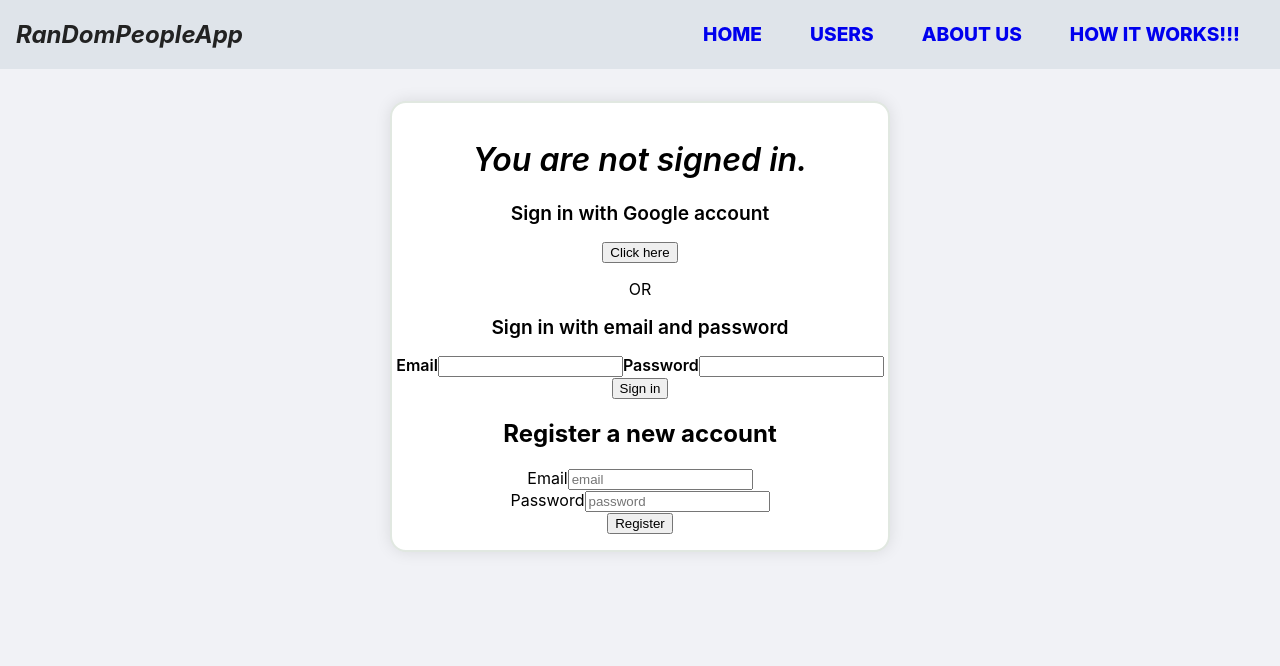
Repository: MikkyPrestige/RandomProfiles
Page: /profile
These files come from the project's save history. The page is drawn as it stood at one moment and after the next save; the edit follows.
The browser window is 1280 px wide. The pictures show the whole page.
The page's requests for data from a server got no answer. The project was rebuilt for these pictures with package versions that can differ from the ones it lists, and the page was loaded fresh each time. Some packages were replaced by stand-ins written for this rebuild. No one was signed in, and anything a server would have sent is missing. Also part of the build but not shown: src/assets/styles/home.css, src/components/avatar.jsx, src/components/home.jsx, src/assets/styles/users.css, src/components/users.jsx, src/assets/styles/search.css, src/components/search.jsx, src/assets/styles/help.css and 6 more.

Above is the page before, as saved 2022-11-30 03:41:21.

### public/index.html
<!DOCTYPE html>
<html lang="en">

<head>
  <meta charset="utf-8" />
  <link rel="icon" href="%PUBLIC_URL%/favicon.ico" />
  <meta name="viewport" content="width=device-width, initial-scale=1" />
  <meta name="theme-color" content="#000000" />
  <meta name="description" content="Web site created using create-react-app" />
  <link rel="apple-touch-icon" href="%PUBLIC_URL%/logo192.png" />
  <!--
      manifest.json provides metadata used when your web app is installed on a
      user's mobile device or desktop. See https://developers.google.com/web/fundamentals/web-app-manifest/
    -->
  <link rel="manifest" href="%PUBLIC_URL%/manifest.json" />
  <!--
      Notice the use of %PUBLIC_URL% in the tags above.
      It will be replaced with the URL of the `public` folder during the build.
      Only files inside the `public` folder can be referenced from the HTML.

      Unlike "/favicon.ico" or "favicon.ico", "%PUBLIC_URL%/favicon.ico" will
      work correctly both with client-side routing and a non-root public URL.
      Learn how to configure a non-root public URL by running `npm run build`.
    -->
  <title>AltSchool Assignment 2</title>
</head>

<body>
  <noscript>You need to enable JavaScript to run this app.</noscript>
  <div id="root"></div>
  <!--
      This HTML file is a template.
      If you open it directly in the browser, you will see an empty page.

      You can add webfonts, meta tags, or analytics to this file.
      The build step will place the bundled scripts into the <body> tag.

      To begin the development, run `npm start` or `yarn start`.
      To create a production bundle, use `npm run build` or `yarn build`.
    -->
</body>

</html>

### src/index.css
body {
  margin: 0;
  font-family: -apple-system, BlinkMacSystemFont, 'Segoe UI', 'Roboto', 'Oxygen',
    'Ubuntu', 'Cantarell', 'Fira Sans', 'Droid Sans', 'Helvetica Neue',
    sans-serif;
  -webkit-font-smoothing: antialiased;
  -moz-osx-font-smoothing: grayscale;
  background-color: #f1f2f6;
}

code {
  font-family: source-code-pro, Menlo, Monaco, Consolas, 'Courier New',
    monospace;
}

### src/App.jsx
import * as React from "react";
import { ErrorBoundary } from "react-error-boundary";
import { Route, Routes } from "react-router-dom";
import {
  Layout,
  Home,
  Users,
  Search,
  Help,
  About,
  Error,
  ErrorFallBack,
  Profile,
  // Footer,
} from "./components";

const App = () => {
  return (
    <div className="App">
      <main>
        <ErrorBoundary FallbackComponent={ErrorFallBack}>
          <Layout />
          <Routes>
            <Route path="/" element={<Home />} />
            <Route path="users">
              <Route index element={<Users />} />
              <Route path=":id" element={<Search />} />
            </Route>
            <Route path="profile" element={<Profile />} />
            <Route path="help" element={<Help />} />
            <Route path="about" element={<About />} />
            <Route path="*" element={<Error />} />
          </Routes>
        </ErrorBoundary>
        {/* <Footer /> */}
      </main>
    </div>
  );
};

export default App;

### src/components/index.js
export { default as Layout } from "./layout";
export { default as Home } from "./home";
export { default as Users } from "./users";
export { default as Search } from "./search";
export { default as Help } from "./help";
export { default as About } from "./about";
export { default as Error } from "./error";
export { default as ErrorFallBack } from "./errorFallback";
export { default as Profile } from "./profile";
export { Footer } from "./avatar";

### src/components/layout.jsx
// LAYOUT COMPONENT - This component is for the App Layout that displays the Navigation bar in the app UI to the user when app is open

import { NavLink } from "react-router-dom";
import "../assets/styles/layout.css";

const CustomNavLink = ({ to, ...props }) => {
  let activeStyle = {
    textDecoration: 'underline',
    color: 'red',
  };

  return (
    <NavLink
      style={({ isActive }) =>
        isActive ? activeStyle : { textDecoration: 'none' }
      }
      to={to}
      end
      {...props}
    />
  );
};


const Layout = () => {

  return (
    <nav className="layout">
      <div className="app-header">
        <h1>RanDomPeopleApp</h1>
      </div>
      <div className="nav__items">
        <CustomNavLink to="/" className="nav__item">Home</CustomNavLink>
        <CustomNavLink to="users" className="nav__item">Users</CustomNavLink>
        <CustomNavLink to="about" className="nav__item">About us</CustomNavLink>
        <CustomNavLink to="help" className="nav__item">How it works!!!</CustomNavLink>
      </div>
    </nav>
  );
}

export default Layout;

### src/components/profile.jsx
import {
  signInWithRedirect,
  auth,
  provider,
  getRedirectResult,
  onAuthStateChanged,
  createUserWithEmailAndPassword,
  signInWithEmailAndPassword,
  signOut,
  deleteUser,
} from "../config";
import { useEffect, useState } from "react";
import { Avatar } from "./avatar";
import "../assets/styles/profile.css";

const Profile = () => {
  const [user, setUser] = useState(null);
  const [signedIn, setSignedIn] = useState(false);
  const [email, setEmail] = useState("");
  const [password, setPassword] = useState("");
  const [error, setError] = useState(null);

  // handle register form
  const handleRegister = (e) => {
    e.preventDefault();
    createUserWithEmailAndPassword(auth, email, password)
      .then(() => {
        // Signed in
        console.log("User account created & signed in!");
      })
      .catch((error) => {
        if (error.code === "auth/email-already-in-use") {
          setError("This email address is already in use!");
        }
        if (error.code === "auth/invalid-email") {
          setError("This email address is invalid!");
        }
        console.error(error);
      });
  };

  // sign in with email and password
  const handleSignIn = (e) => {
    e.preventDefault();
    signInWithEmailAndPassword(auth, email, password)
      .then(() => {
        console.log("User signed in!");
      })
      .catch((error) => {
        if (error.code === "auth/wrong-password") {
          setError("Wrong password!");
        }
        if (error.code === "auth/user-not-found") {
          setError("User not found!");
        }
        console.error(error);
      });
  };

  // handle onchange
  const handleChange = (e) => {
    const { name, value } = e.target;
    if (name === "email") {
      setEmail(value);
    }
    if (name === "password") {
      setPassword(value);
    }
  };

  // handle sign In
  const signIn = (e) => {
    e.preventDefault();
    signInWithRedirect(auth, provider);
  };

  // handle sign out
  const handleSignOut = (e) => {
    e.preventDefault();
    signOut(auth)
      .then(() => {
        console.log("User signed out!");
      })
      .catch((error) => {
        console.error(error);
      });
  };

  // handle delete user
  const handleDelete = (e) => {
    e.preventDefault();
    deleteUser(auth.currentUser)
      .then(() => {
        console.log("User deleted!");
      })
      .catch((error) => {
        console.error(error);
      });
  };

  // Get redirect result
  useEffect(() => {
    getRedirectResult(auth)
      .then((result) => {
        if (result) {
          setSignedIn(true);
          // navigate("/users");
        } else {
          // console.log("No user");
        }
      })
      .catch((error) => {
        console.log(error);
      });
  }, []);

  // Check auth state
  useEffect(() => {
    onAuthStateChanged(auth, (user) => {
      if (user) {
        // destructure user
        const { displayName, photoURL, email, phoneNumber } = user;
        // set user state
        setUser({ displayName, photoURL, email, phoneNumber });
        // navigate("/users");
      } else {
        setUser(null);
      }
    });
  }, []);

  return (
    <div className="profile">
      <div className="profile__container">
        <div className="profile__desc">
          {user ? (
            <div className="profile__user">
              <h1 className="profile__title">Welcome, you are signed in.</h1>
              <Avatar image={user.photoURL} alt="user" style={{ width: '10rem', height: '10rem', borderRadius: '50%' }} />
              <p className="profile__detail"><strong>Signed in account name: </strong>{user.displayName}</p>
              <p className="profile__detail"><strong>Signed in email: </strong>{user.email}</p>
              <p className="profile__detail">{user.phoneNumber}</p>
              <div className="btn__wrapper">
                <button onClick={handleSignOut} className="btn">
                  Sign Out
                </button>
                <button onClick={handleDelete} className="btn">
                  Delete Account
                </button>
              </div>
            </div>
          ) : (
            <div className="profile__user">
              <div className="profile__wrapper">
                <h1 className="profile__title">You are not signed in.</h1>
                <h2 className="profile__head">Sign in with Google account</h2>
                <button onClick={signIn} className="sign__btn">
                  Click here
                </button>
                <p className="or">OR</p>
                <h2 className="profile__head">Sign in with email and password</h2>
                <form onSubmit={handleSignIn} className="profile__form">
                  <label htmlFor="email" className="signIn__label">Email</label>
                  <input
                    type="email"
                    name="email"
                    id="email"
                    value={email}
                    onChange={handleChange}
                    className="signIn__input"
                  />
                  <label htmlFor="password" className="signIn__label">Password</label>
                  <input
                    type="password"
                    name="password"
                    id="password"
                    value={password}
                    onChange={handleChange}
                    className="signIn__input"
                  />
                  {error && <p className="error">{error}</p>}
                  <button type="submit" className="sign__btn">
                    Sign in
                  </button>
                </form>
              </div>
              <h2 className="register">Register a new account </h2>
              <form onSubmit={handleRegister} className="register__form">
                <div className="register__group">
                  <label htmlFor="email" className="register__label">
                    Email
                  </label>
                  <input
                    type="email"
                    name="email"
                    placeholder="email"
                    value={email}
                    onChange={handleChange}
                    className="register__input"
                  />
                  {error && <p className="error">{error}</p>}
                </div>
                <div className="profile__group">
                  <label htmlFor="password" className="register__label">
                    Password
                  </label>
                  <input
                    type="password"
                    name="password"
                    placeholder="password"
                    value={password}
                    onChange={handleChange}
                    className="register__input"
                  />
                </div>
                <button type="submit" className="sign__btn">
                  Register
                </button>
              </form>
            </div>
          )}
        </div>
      </div>
    </div>
  );
};

export default Profile;

### src/assets/styles/layout.css
.layout {
  background-color: #dfe4ea;
  padding: 0rem 1rem;
  color: #222;
  display: flex;
  align-items: center;
  justify-content: space-between;
}

.app-header {
  font-style: italic;
}

.nav__items {
  display: flex;
  align-items: center;
  list-style: none;
  flex-wrap: wrap;
}

.nav__item {
  font-size: 1.2rem;
  font-weight: 800;
  padding: 1rem 1.5rem;
  text-transform: uppercase;
}

.attribution {
  text-align: center;
}

.footer {
  color: #222;
  text-decoration: none;
  cursor: pointer;
  font-style: italic;
  font-weight: 600;
}

### src/config/index.js
// Import the functions you need from the SDKs you need
import { initializeApp } from "firebase/app";
import {
  getAuth,
  signInWithRedirect,
  GoogleAuthProvider,
  getRedirectResult,
  onAuthStateChanged,
  createUserWithEmailAndPassword,
  signInWithEmailAndPassword,
  signOut,
  deleteUser
} from "firebase/auth";

// web app's Firebase configuration
const firebaseConfig = {
  apiKey: "AIzaSyCfrfw6chi091bWLqJvanxAUTxgJ5XqEu0",
  authDomain: "random-people-app.firebaseapp.com",
  projectId: "random-people-app",
  storageBucket: "random-people-app.appspot.com",
  messagingSenderId: "1097586453252",
  appId: "1:1097586453252:web:4575afe7663a752ae77e51",
};

// Initialize Firebase
const app = initializeApp(firebaseConfig);
// Setup Google auth provider
const provider = new GoogleAuthProvider();

const auth = getAuth();

export {
  app,
  provider,
  auth,
  signInWithRedirect,
  getRedirectResult,
  onAuthStateChanged,
  createUserWithEmailAndPassword,
  signInWithEmailAndPassword,
  signOut,
  deleteUser
};

### src/assets/styles/profile.css
.profile {
  padding: 2rem;
  height: 100%;
}

.profile__container {
  display: flex;
  flex-direction: column;
  align-items: center;
  justify-content: center;
}

.profile__desc {
  text-align: center;
  max-width: 500px;
  width: 100%;
}

.profile__user {
  background-color: #fff;
  border: 2px solid #e1e8e1;
  border-radius: 1rem;
  box-shadow: 0 0 1rem rgba(0, 0, 0, 0.1);
  padding: 1rem 0;
}

.profile__title {
  font-size: 2rem;
  font-weight: 600;
  font-style: oblique;
}

.profile__detail {
  font-size: 1.2rem;
  font-weight: 400;
}

.btn__wrapper {
  display: flex;
  justify-content: center;
  align-items: center;
  gap: 5rem;
  margin-top: 2rem;
}

.btn {
  background-color: #e1e8e1;
  color: red;
  border: none;
  border-radius: 1rem;
  padding: .5rem;
  font-size: 1rem;
  cursor: pointer;
}

.btn:hover {
  background-color: #d1d8d1;
  color: #0651ddbb;
}

.btn:active {
  background-color: #c1c8c1;
  color: #0651ddbb;
}

.profile__wrapper {
  /* display: flex;
  flex-direction: column;
  justify-content: center;
  align-items: center; */
  /* gap: 2rem; */
  /* margin-top: 2rem; */
}

.profile__head {
  font-size: 1.2rem;
  font-weight: 600;
  text-align: center;
  margin-bottom: 1rem;
}

.signIn__form {
  display: flex;
  flex-direction: column;
  justify-content: center;
  align-items: center;
  /* gap: 1rem; */
  /* width: 100%; */
}

.signIn__label {
  font-size: 1rem;
  font-weight: 600;
  margin-bottom: .5rem;
}

Loaded but not shown: src/index.js (common file)

After the next save:
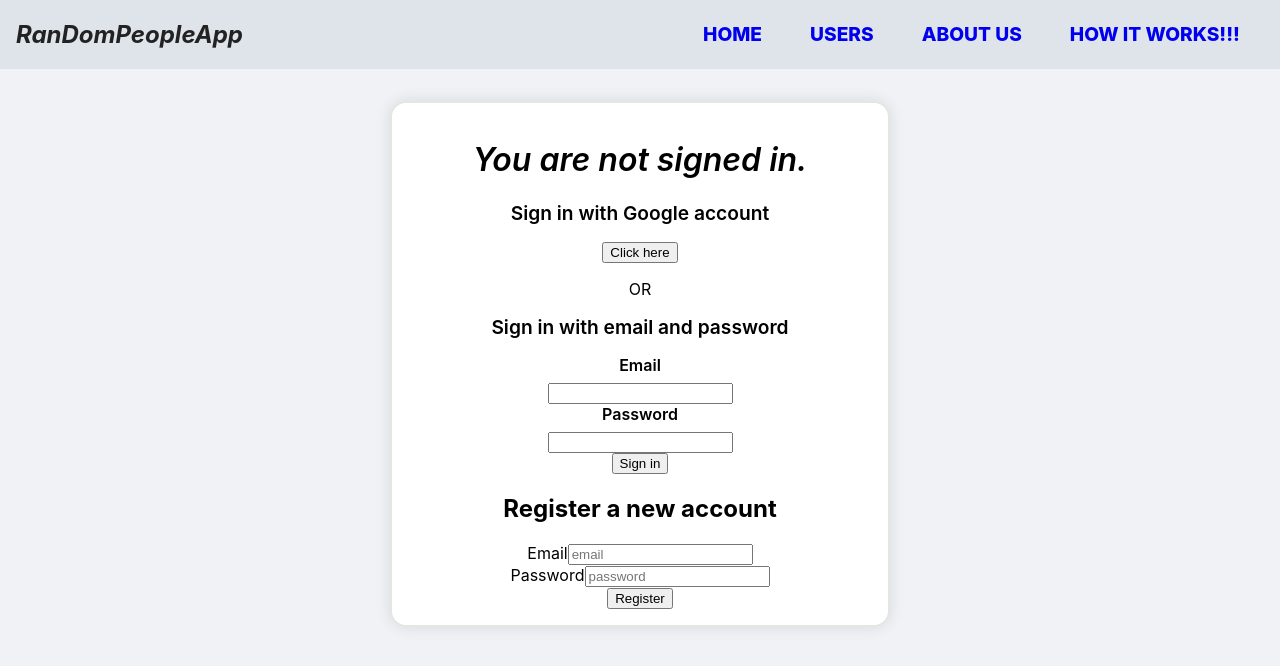
Saved 10 s later.
--- a/src/components/profile.jsx
+++ b/src/components/profile.jsx
@@ -159,7 +159,7 @@ const Profile = () => {
                 </button>
                 <p className="or">OR</p>
                 <h2 className="profile__head">Sign in with email and password</h2>
-                <form onSubmit={handleSignIn} className="profile__form">
+                <form onSubmit={handleSignIn} className="signIn__form">
                   <label htmlFor="email" className="signIn__label">Email</label>
                   <input
                     type="email"
